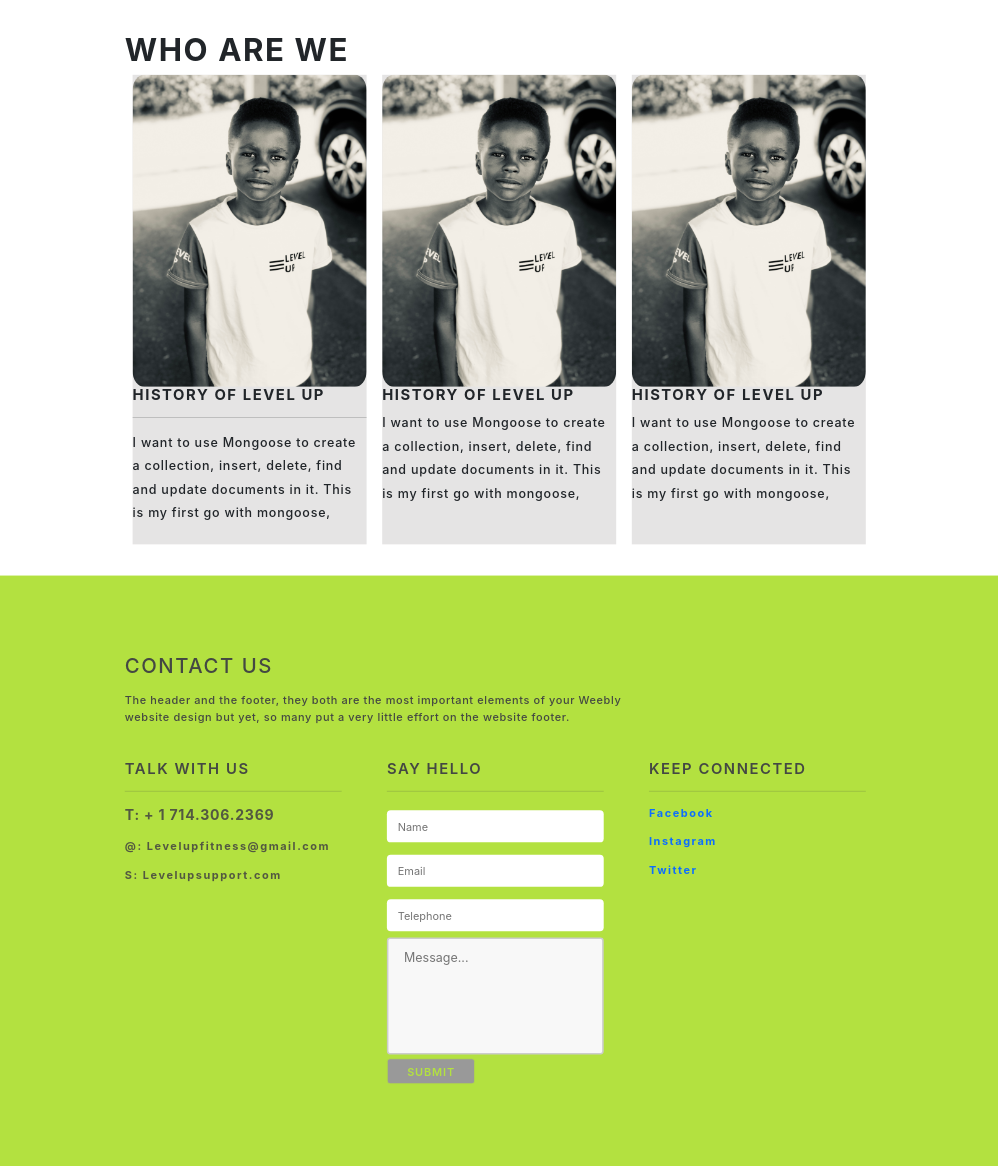
Repository: Bojurie/Level-up
Page: /about (app in client/)
These files come from the project's save history. The page is drawn as it stood at one moment and after the next save; the edit follows.
The browser window is 1280 px wide. The pictures show the part of the page from y = 314 to 1819 px (the page is 1809 px tall before and 1819 px after), at 78% of full size.
Some web fonts or font styles are not loaded; a fallback is used. Some web libraries are served in a nearby version. The project was rebuilt for these pictures with package versions that can differ from the ones it lists, and the page was loaded fresh each time. Also part of the build but not shown: client/src/components/Carousel.js, client/src/components/HomeVlog.css, client/src/components/HomeVlog.js, client/src/components/homeProducts.css, client/src/components/HomeProducts.js, client/src/components/Card.js, client/src/components/HomeShop.css, client/src/components/HomeShop.js and 10 more. Imported but missing from the stored project, and not drawn on this page: client/src/components/Chart.

Above is the page before, as saved 2022-11-30 19:50:16.

After the next save:
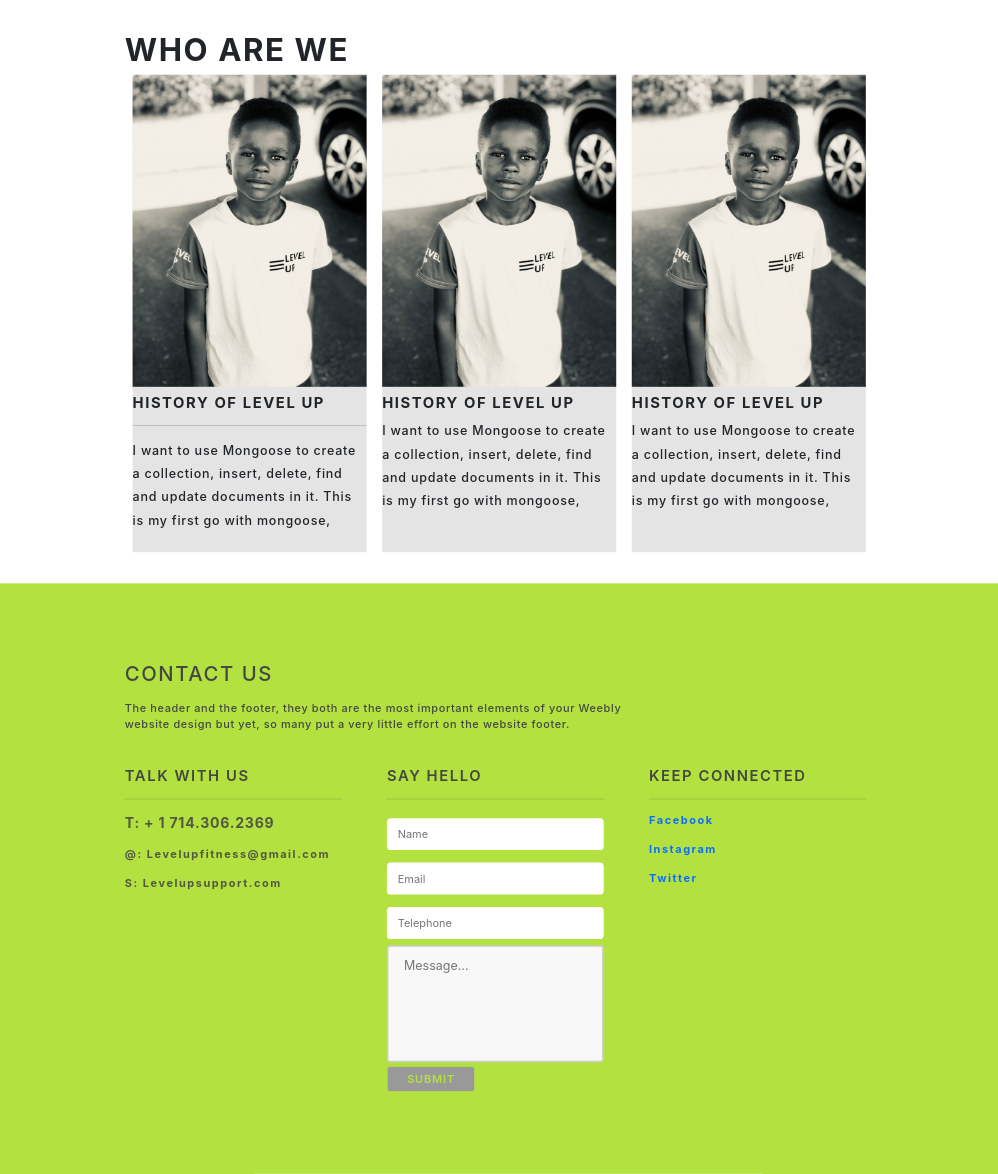
Saved 30 s later.
--- a/client/src/pages/About.css
+++ b/client/src/pages/About.css
@@ -12,11 +12,6 @@
   letter-spacing: 1px;
   line-height: 30px;
   font-weight: 500;
-}
-
-.aboutParagraph img {
-  border-radius: 5%;
-  float: left;
 }
 
 .AboutUs-content {
